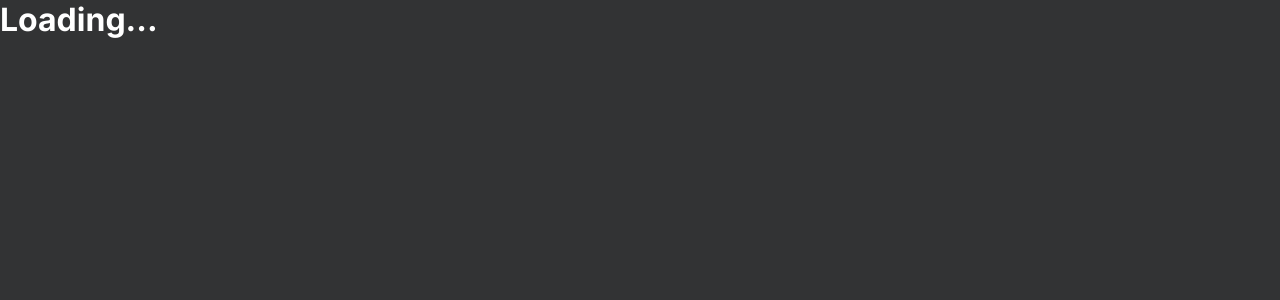
Repository: Wahid137/react-project-four
Page: /
An editor plug-in stored every save of this project. The page is shown before and after the next save, followed by the edit.
The browser window is 1280 px wide. The pictures show the whole page.
The project was rebuilt for these pictures with package versions that can differ from the ones it lists, and the page was loaded fresh each time. Also part of the build but not shown: vite.config.js, src/index.css.

Above is the page before, as saved 2023-08-28 13:14:45.
Console error: ReferenceError: DsiplayError is not defined

### index.html
<!doctype html>
<html lang="en">
  <head>
    <meta charset="UTF-8" />
    <link rel="icon" type="image/svg+xml" href="/vite.svg" />
    <meta name="viewport" content="width=device-width, initial-scale=1.0" />
    <link rel="preconnect" href="https://fonts.googleapis.com" />
    <link rel="preconnect" href="https://fonts.gstatic.com" crossorigin />
    <link
      href="https://fonts.googleapis.com/css2?family=Inter:wght@100;200;300;400;500;600;700;800;900&display=swap"
      rel="stylesheet"
    />
    <title>Vite + React</title>
  </head>
  <body>
    <div id="root"></div>
    <script type="module" src="/src/main.jsx"></script>
  </body>
</html>

### src/main.jsx
import React from "react";
import ReactDOM from "react-dom/client";
import App from "./App.jsx";
import "./index.css";
import { createGlobalStyle } from "styled-components";

export const GlobalStyle = createGlobalStyle`


  *{
    box-sizing: border-box;
    margin: 0;
    padding:0;
  }
  body{
    background-color: #323334;
    color:white;
    min-height: 100vh;
    font-family:  'Inter', sans-serif;
  }

`;

ReactDOM.createRoot(document.getElementById("root")).render(
  <React.StrictMode>
    <GlobalStyle />
    <App />
  </React.StrictMode>
);

### src/App.jsx
import { useEffect, useState } from "react";
import { styled } from "styled-components";
import SearchResult from "./components/SearchResults/SearchResult";
import Loading from "./components/Loading";

export const BASE_URL = "http://localhost:900";

function App() {
  const [loading, setLoading] = useState(false);
  const [error, setError] = useState(null);
  const [data, setData] = useState(null);
  const [filteredData, setFilteredData] = useState(null);
  const [selectedBtn, setSelectedBtn] = useState("all");

  useEffect(() => {
    const fetchFoodData = async () => {
      setLoading(true);

      try {
        const response = await fetch(BASE_URL);

        const json = await response.json();

        setData(json);
        setFilteredData(json);
        setLoading(false);
      } catch (error) {
        setError(<DsiplayError></DsiplayError>);
      }
    };
    fetchFoodData();
  }, []);

  const searchFood = (e) => {
    const searchValue = e.target.value;

    console.log(searchValue);
    const filter = data?.filter((food) =>
      food.name.toLowerCase().includes(searchValue.toLowerCase())
    );
    setFilteredData(filter);
  };

  const filteredFood = (type) => {
    if (type === "all") {
      setFilteredData(data);
      setSelectedBtn("all");
      return;
    }
    const filter = data?.filter((food) =>
      food.type.toLowerCase().includes(type.toLowerCase())
    );
    setFilteredData(filter);
    setSelectedBtn(type);
  };

  const filterBtns = [
    {
      name: "All",
      type: "all",
    },
    {
      name: "Breakfast",
      type: "breakfast",
    },
    {
      name: "Lunch",
      type: "lunch",
    },
    {
      name: "Dinner",
      type: "dinner",
    },
  ];

  if (error) {
    return <div>{error}</div>;
  }
  if (loading) {
    return <Loading></Loading>;
  }
  return (
    <>
      <Container>
        <TopContainer>
          <div className="logo">
            <img src="../src/assets/logo.svg" alt="logo" />
          </div>
          <div className="search">
            <input
              onChange={searchFood}
              type="text"
              placeholder="Search Food"
            />
          </div>
        </TopContainer>
        <FilterContainer>
          {filterBtns.map((value) => (
            <Button
              key={value.name}
              isSelected={selectedBtn === value.type}
              onClick={() => filteredFood(value.type)}
            >
              {value.name}
            </Button>
          ))}
        </FilterContainer>
      </Container>
      <SearchResult data={filteredData}></SearchResult>
    </>
  );
}

export default App;

export const Container = styled.div`
  max-width: 1200px;
  margin: 0 auto;
`;
const TopContainer = styled.div`
  height: 140px;
  display: flex;
  justify-content: space-between;
  padding: 16px;
  align-items: center;

  .search {
    input {
      background-color: transparent;
      border: 1px solid red;
      color: white;
      border-radius: 5px;
      height: 40px;
      font-size: 16px;
      padding: 0 10px;
      &::placeholder {
        color: white;
      }
    }
  }
  @media (0 < width < 600px) {
    flex-direction: column;
    height: 120px;
  }
`;

const FilterContainer = styled.section`
  display: flex;
  justify-content: center;
  gap: 12px;
  padding-bottom: 40px;
`;

const div = styled.div`
  .error {
    color: red;
  }
`;

export const Button = styled.button`
  background: ${({ isSelected }) => (isSelected ? "#f22f2f" : "#ff4343")};
  outline: 1px solid ${({ isSelected }) => (isSelected ? "white" : "#ff4343")};
  border-radius: 5px;
  padding: 6px 12px;
  border: none;
  color: white;
  cursor: pointer;
  &:hover {
    background-color: #f22f2f;
  }
`;

### src/components/SearchResults/SearchResult.jsx
import styled from "styled-components";
import { BASE_URL, Button, Container } from "../../App";
const SearchResult = ({ data }) => {
  return (
    <FoodCardContainer>
      <Container>
        <FoodCards>
          {data?.map(({ name, image, text, price }) => (
            <FoodCard key={name}>
              <div className="food_image">
                <img src={BASE_URL + image} />
              </div>
              <div className="food_info">
                <div className="info">
                  <h3>{name}</h3>
                  <p>{text}</p>
                </div>
                <Button>${price.toFixed(2)}</Button>
              </div>
            </FoodCard>
          ))}
        </FoodCards>
      </Container>
    </FoodCardContainer>
  );
};

export default SearchResult;
const FoodCardContainer = styled.section`
  min-height: calc(100vh - 210px);
  background-image: url("/bg.png");
  background-size: cover;
`;
const FoodCards = styled.div`
  display: flex;
  flex-wrap: wrap;
  row-gap: 32px;
  column-gap: 20px;
  justify-content: center;
  align-items: center;
  padding-top: 80px;
`;
const FoodCard = styled.div`
  width: 340px;
  height: 167px;
  border: 0.66px solid;

  border-image-source: radial-gradient(
      80.69% 208.78% at 108.28% 112.58%,
      #eabfff 0%,
      rgba(135, 38, 183, 0) 100%
    ),
    radial-gradient(
      80.38% 222.5% at -13.75% -12.36%,
      #98f9ff 0%,
      rgba(255, 255, 255, 0) 100%
    );

  background: url(.png),
    radial-gradient(
      90.16% 143.01% at 15.32% 21.04%,
      rgba(165, 239, 255, 0.2) 0%,
      rgba(110, 191, 244, 0.0447917) 77.08%,
      rgba(70, 144, 213, 0) 100%
    );
  background-blend-mode: overlay, normal;
  backdrop-filter: blur(13.1842px);

  border-radius: 20px;

  display: flex;
  padding: 8px;

  .food_info {
    display: flex;
    flex-direction: column;
    justify-content: space-between;
    align-items: end;
    h3 {
      margin-top: 8px;
      font-size: 16px;
      font-weight: 500;
    }
    p {
      margin-top: 4px;
      font-size: 12px;
    }
    button {
      font-size: 12px;
    }
  }
`;

### src/components/Loading.jsx
const Loading = () => {
  return (
    <div>
      <h1>Loading...</h1>
    </div>
  );
};

export default Loading;

### src/components/DsiplayError.jsx
import { styled } from "styled-components";

const DsiplayError = () => {
  return (
    <ErrorContainer>
      <div>
        <h1>Unable to Fetch Data</h1>
      </div>
    </ErrorContainer>
  );
};

export default DsiplayError;

const ErrorContainer = styled.div`
  h1 {
    color: red;
  }
`;

After the next save:
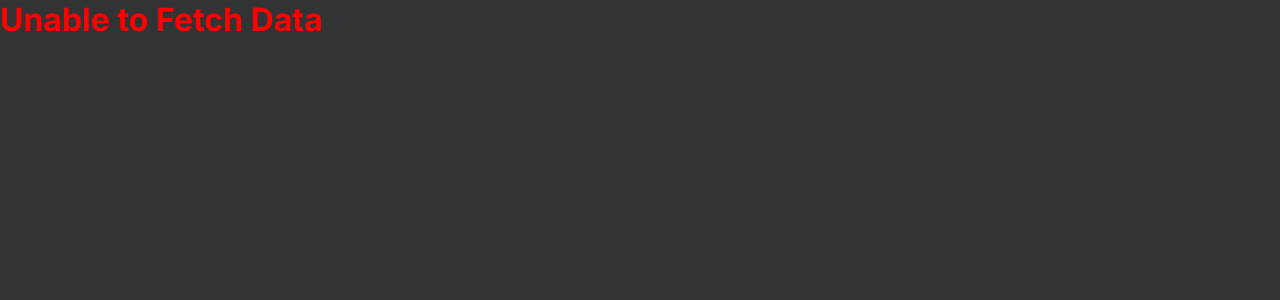
The error is gone.
Saved 7 s later.
--- a/src/App.jsx
+++ b/src/App.jsx
@@ -2,6 +2,7 @@
 import { styled } from "styled-components";
 import SearchResult from "./components/SearchResults/SearchResult";
 import Loading from "./components/Loading";
+import DsiplayError from "./components/DsiplayError";
 
 export const BASE_URL = "http://localhost:900";
 
